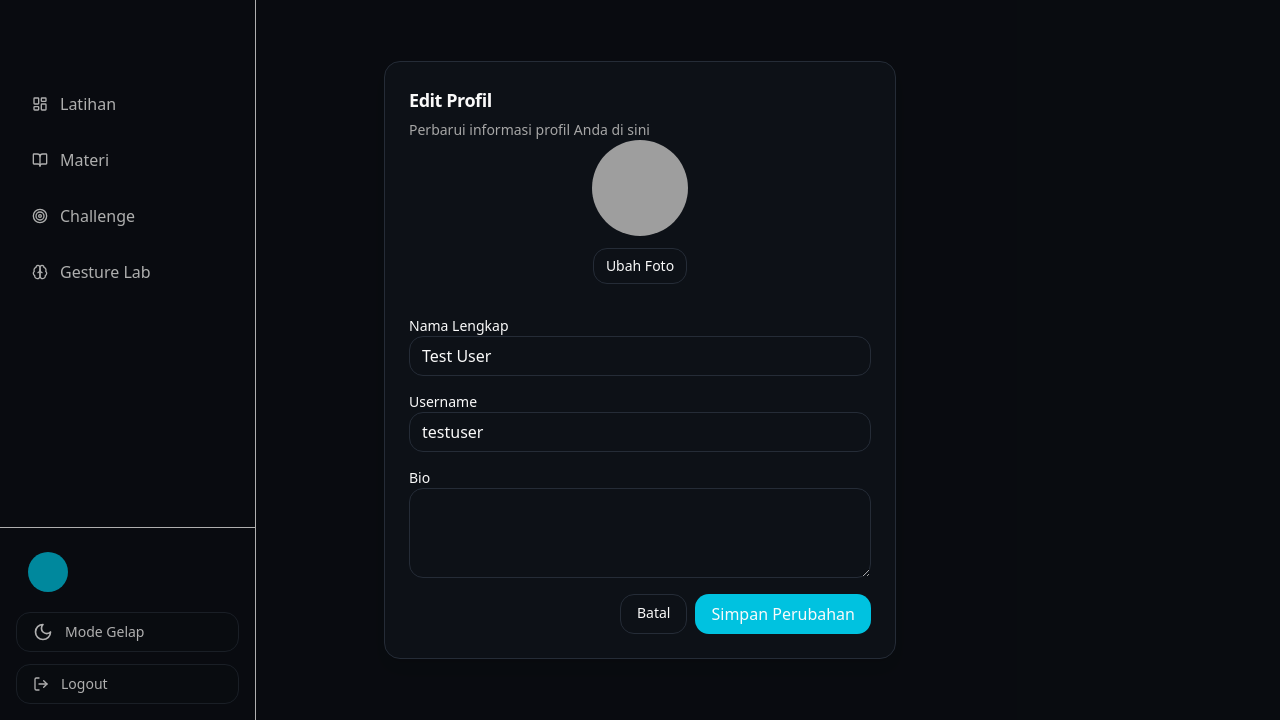
Repository: Tisna7/GESTURA
Page: http://localhost/profile/edit
An editor plug-in stored every save of this project. The page is shown before and after the next save, followed by the edit.
The browser window is 1280 px wide. The pictures show the whole page.
Pictures or frames that could not be fetched are drawn as grey boxes. The page is served by the project's Laravel application, run on PHP 8.4 with Laravel 12. A made-up administrator, Test User (test@example.com), is signed in. Style sheets and scripts are compiled from the project's sources, by tool versions that may differ from the author's.

Above is the page before, as saved 2025-11-23 16:31:30.
Console error: TypeError: Cannot read properties of null (reading 'addEventListener')

After the next save:
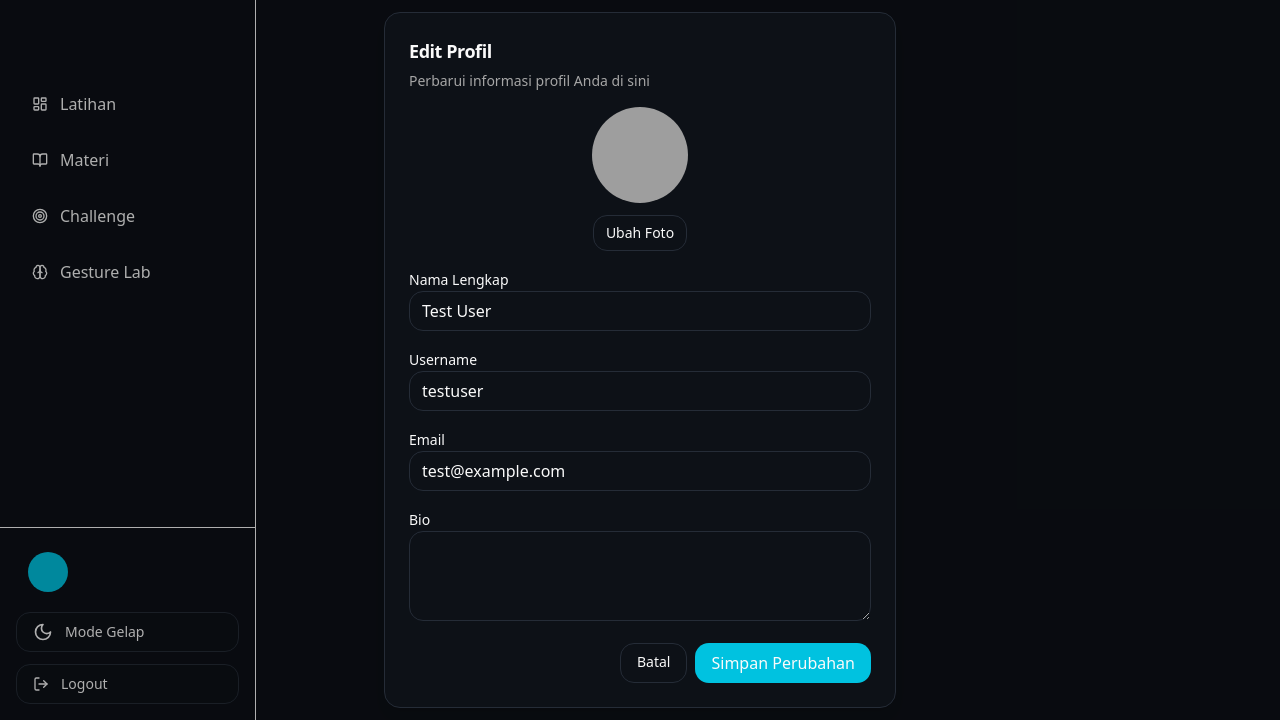
The error is gone.
Saved 65 s later.
--- a/resources/views/user/profile-edit.blade.php
+++ b/resources/views/user/profile-edit.blade.php
@@ -23,39 +23,21 @@
             </div>
 
             {{-- Form --}}
-            {{-- FOTO --}}
-<div class="flex flex-col items-center gap-3 mb-4">
+            <form action="{{ route('profile.update') }}" method="POST" class="mt-4">
+                @csrf
 
-    {{-- FOTO YANG DITAMPILKAN --}}
-    <form action="{{ route('profile.update') }}" method="POST">
-    @csrf
-    @method('PUT')
+                {{-- FOTO --}}
+                <div class="flex flex-col items-center gap-3 mb-4">
+                    <span class="relative flex overflow-hidden rounded-full h-24 w-24 border-4 border-primary/20">
+                        <img class="h-full w-full object-cover"
+                            src="https://api.dicebear.com/7.x/avataaars/svg?seed={{ $user->username ?? 'user' }}">
+                    </span>
 
-    {{-- AVATAR PREVIEW --}}
-    <div class="flex flex-col items-center gap-3 mb-4">
-        <span class="relative flex overflow-hidden rounded-full h-24 w-24 border-4 border-primary/20">
-            <img id="previewImage" class="h-full w-full object-cover"
-                src="https://api.dicebear.com/7.x/avataaars/svg?seed={{ $user->profile_image ?? 'user' }}">
-        </span>
-
-        {{-- BUTTON RANDOM AVATAR --}}
-        <button
-            type="button"
-            onclick="generateRandomAvatar()"
-            class="inline-flex items-center gap-2 border rounded-md h-9 px-3 text-sm hover:bg-accent hover:text-accent-foreground">
-            Ubah Foto
-        </button>
-
-        {{-- HIDDEN INPUT UNTUK MENYIMPAN SEED --}}
-        <input type="hidden" name="profile_image" id="avatarSeed"
-            value="{{ $user->profile_image ?? 'user' }}">
-    </div>
-
-
-    {{-- INPUT FILE (DISHINGGA DIKLIK MELALUI BUTTON) --}}
-    <input type="file" name="profile_image" id="profileImageInput" accept="image/*" class="hidden">
-</div>
-
+                    <button type="button"
+                        class="inline-flex items-center gap-2 border rounded-md h-9 px-3 text-sm hover:bg-accent hover:text-accent-foreground">
+                        Ubah Foto
+                    </button>
+                </div>
 
                 {{-- INPUT --}}
                 <div class="space-y-4">
@@ -72,7 +54,11 @@
                             class="w-full h-10 rounded-md border px-3 py-2">
                     </div>
 
-
+                    <div>
+                        <label class="text-sm font-medium">Email</label>
+                        <input type="email" name="email" value="{{ old('email', $user->email) }}"
+                            class="w-full h-10 rounded-md border px-3 py-2">
+                    </div>
 
                     <div>
                         <label class="text-sm font-medium">Bio</label>
@@ -108,11 +94,3 @@
     </div>
 
 @endsection
-<script>
-document.getElementById('profileImageInput').addEventListener('change', function(event) {
-    const [file] = event.target.files;
-    if (file) {
-        document.getElementById('previewImage').src = URL.createObjectURL(file);
-    }
-});
-</script>
